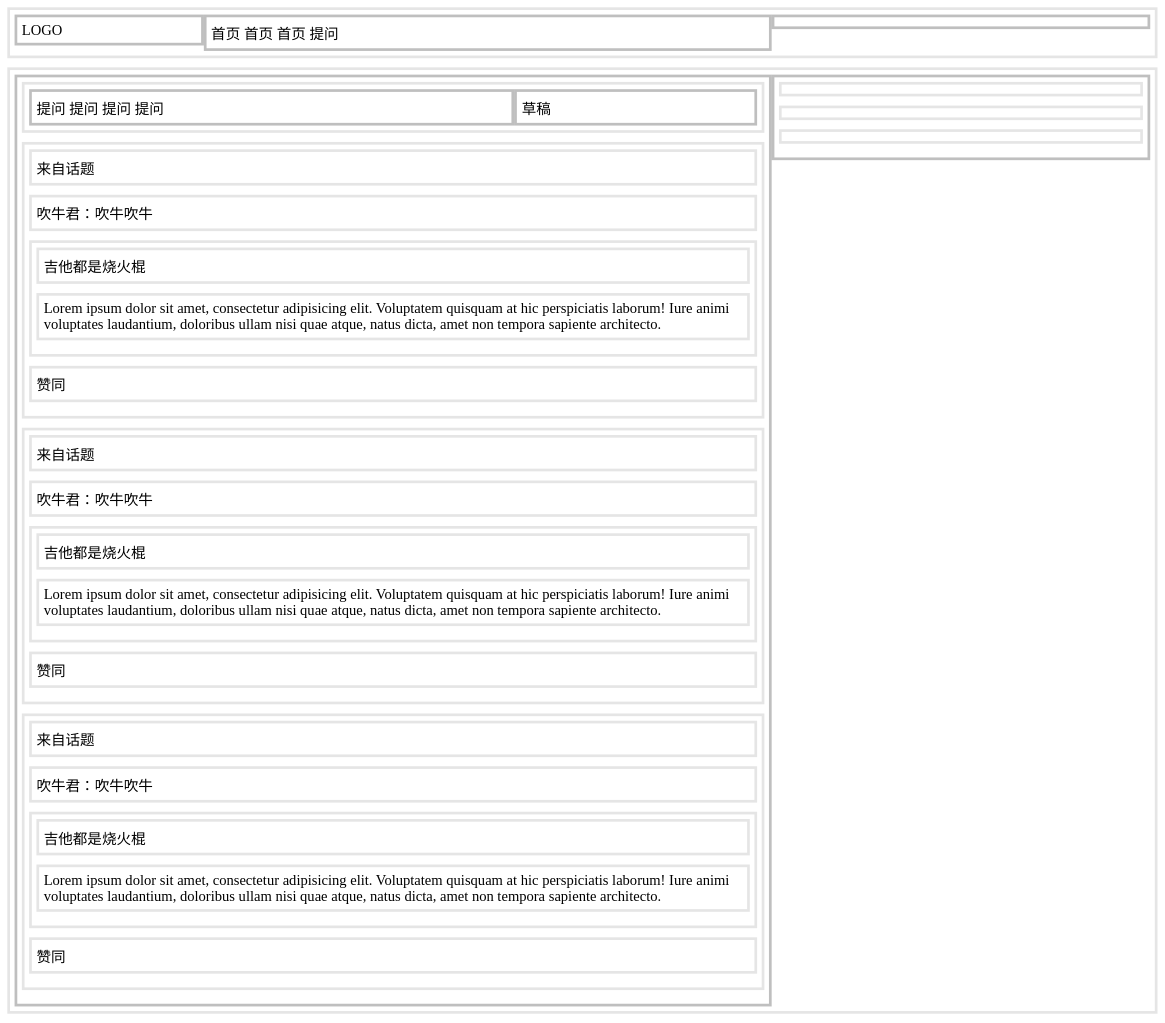
Repository: 0xbul1/biao-class-3
Page: practice/012-float-grid/zhihu.html
An editor plug-in stored every save of this project. The page is shown before and after the next save, followed by the edit.
The browser window is 1280 px wide. The pictures show the whole page, at 91% of full size.

Above is the page before, as saved 2018-10-04 14:18:45.

After the next save:
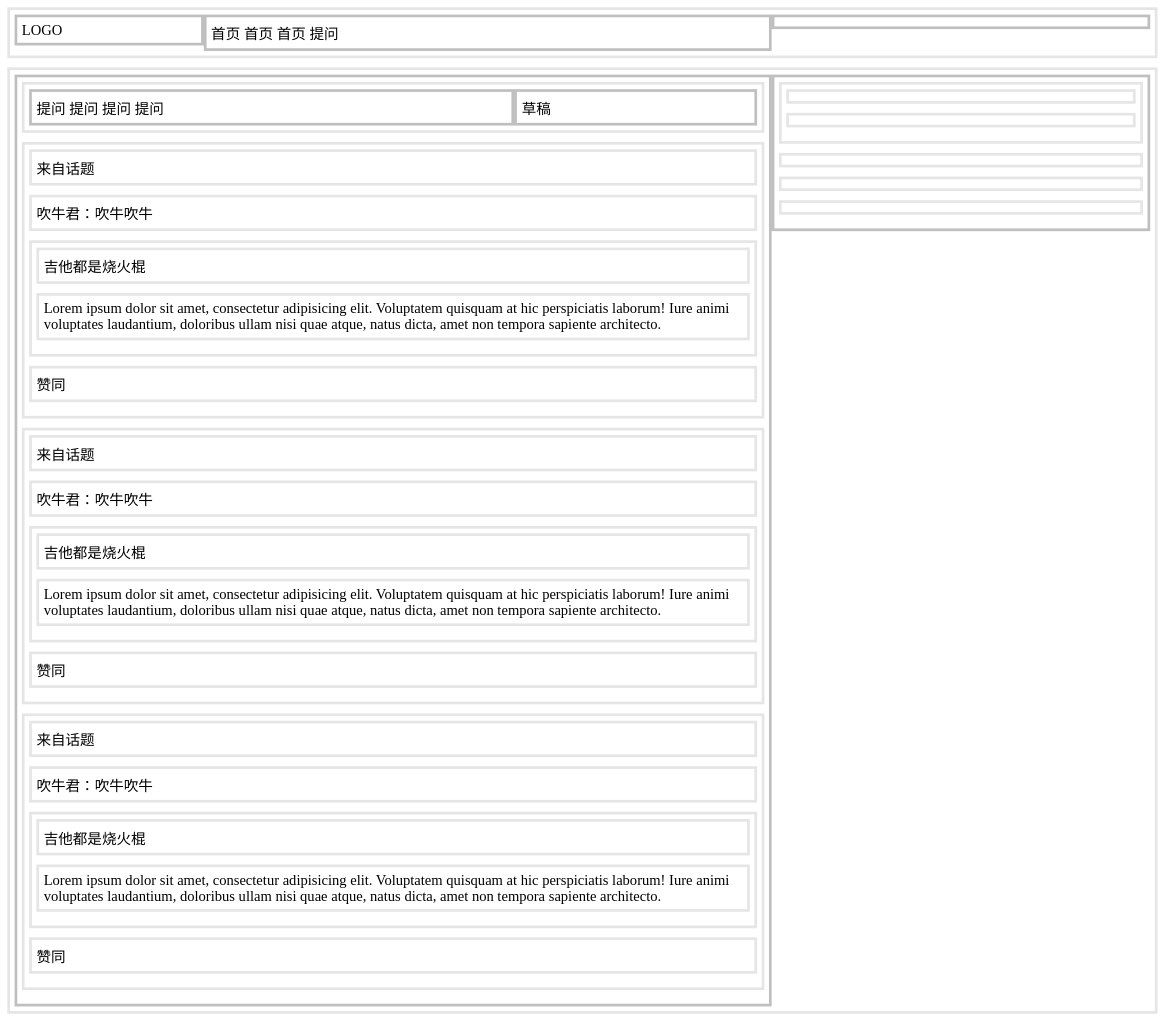
Saved 23 s later.
--- a/practice/012-float-grid/zhihu.html
+++ b/practice/012-float-grid/zhihu.html
@@ -107,6 +107,10 @@
         </div>
     </div>
     <div class="col-4 sidebar">
+        <div class="row">
+            <div class="row"></div>
+            <div class="row"></div>
+        </div>
         <div class="row"></div>
         <div class="row"></div>
         <div class="row"></div>
